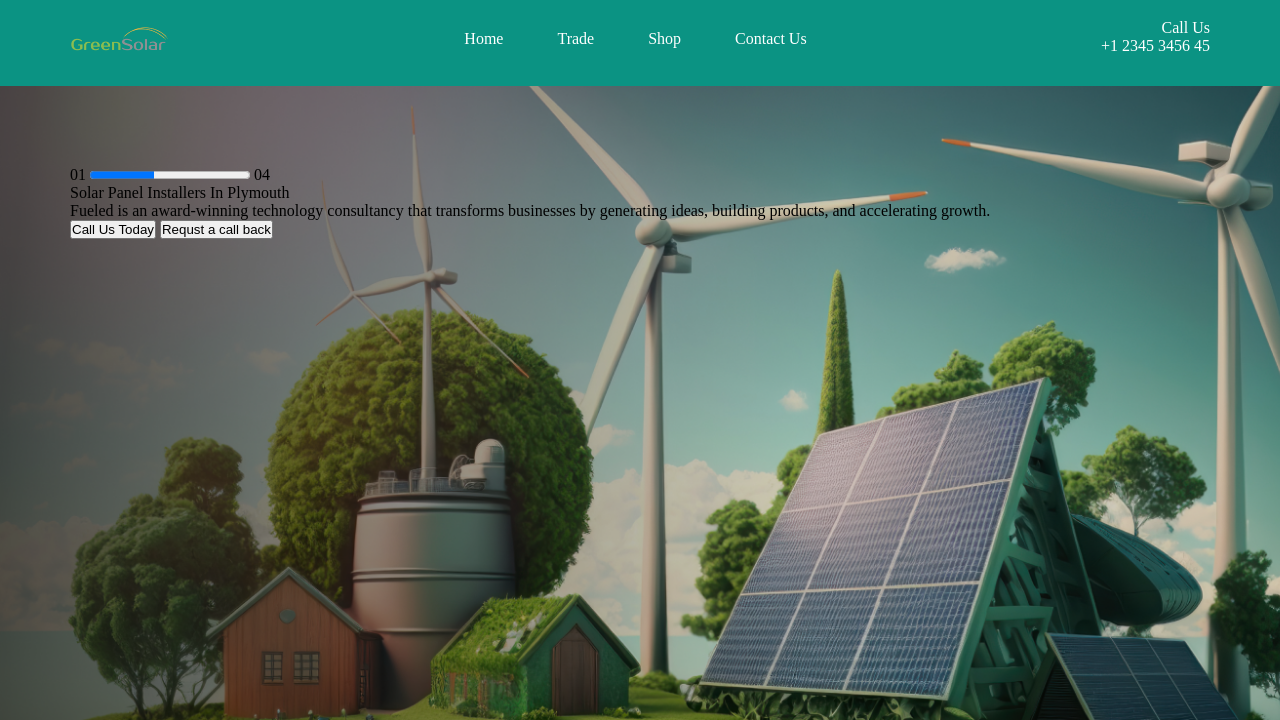
Repository: zeinawady/Solar-Company-Template
Page: index.html
These files come from the project's save history. The page is drawn as it stood at one moment and after a run of saves; the edit follows.
The browser window is 1280 px wide. The pictures show the whole page.

Above is the page before, as saved 2024-09-17 17:00:46.

### index.html
<!DOCTYPE html>
<html lang="en">

<head>
    <meta charset="UTF-8">
    <meta name="viewport" content="width=device-width, initial-scale=1.0">
    <title>Solar Company</title>
    <link rel="stylesheet" href="css/style.css">
    <link rel="stylesheet" href="css/all.min.css">
</head>

<body>
    <!-- start header -->
    <header>
        <div class="container">
            <img src="images/Logo.png" width="100" alt="logo" class="logo">
            <nav>
                <ul class="nav-links">
                    <li><a href="#">Home</a></li>
                    <li><a href="#">Trade</a></li>
                    <li><a href="#">Shop</a></li>
                    <li><a href="#">Contact Us</a></li>
                </ul>
            </nav>
            <div class="nav-info">
                <div>Call Us</div>
                <div>+1 2345 3456 45</div>

            </div>
            <div class="burger">
                <i class="fas fa-bars"></i>
                <ul class="navHover">
                    <li><a href="#">Home</a></li>
                    <li><a href="#">Trade</a></li>
                    <li><a href="#">Shop</a></li>
                    <li><a href="#">Contact Us</a></li>
                </ul>

            </div>
        </div>
    </header>

    <!-- end header -->

    <!-- start landing -->
    <div class="landing">
        <div class="container">
            <div class="progress-container">
                <span>01</span>
                <progress value="40" max="100"></progress>
                <span>04</span>
            </div>
            <div class="main-text">Solar Panel Installers In Plymouth</div>
  <div class="sub-text">
    Fueled is an award-winning technology consultancy that transforms businesses by generating ideas, building products, and accelerating growth.
  </div>

  <div class="btn-container">
  <button class="btn">Call Us Today</button>
  <button class="btn yellow-bt">Requst a call back</button>
</div>
        </div>
    </div>
    <!-- end landing -->

</body>

</html>

### css/style.css
*{
    margin: 0;
    padding: 0;
    box-sizing: border-box;
}
html{
    scroll-behavior: smooth;
}
.container{
    padding-left: 15px;
    padding-right: 15px;
    margin: 0 auto;
    max-width: 1170px; /* Set a maximum width */
    width: 100%;
}
ul{
    list-style: none;
}
a{
    text-decoration: none;
}
:root{
    --main-color: hsla(173, 86%, 31%, 1);
    --secondary-color:hsla(42, 100%, 55%, 1);
    --font-color: hsla(221, 43%, 11%, 1);

}
@media (min-width:768px) {
    .container {
        width: 750px;
    }

}

@media (min-width:992px) {
    .container {
        width: 970px;
    }
}

@media (min-width:1200px) {
    .container {
        width: 1170px;
    }
}

/* start header */
header{
    background-color: var(--main-color);
height: 86px;
}
header .container{
    display: flex;
    justify-content: space-between;
    align-items: center;

}
.nav-links li{
    display: inline-block;
    padding: 30px 25px;

}
.nav-links li a{
    color: hsla(0, 0%, 100%, 1);
    transition: all 0.3s ease 0s;
}
.nav-info{
    color: hsla(0, 0%, 100%, 1);
padding-bottom: 5px;
display: flex;
flex-direction: column;
align-items: flex-end;
}
.burger{
    display: none;
    color: hsla(0, 0%, 100%, 1) ;
    font-size: 30px;
    cursor: pointer;
    position: relative;
}

@media (max-width:768px){
    .burger{
        display: block;
        padding-top: 24px;
        position: relative;
        z-index: 10;
    }
    .navHover , .nav-links {
        display: none;
    }
    .nav-info{
        display: none;
    }
    .burger:hover .navHover{
        display: block;
        position: absolute;
        top: 86px;
        right: 15px;
        background-color:rgb(255, 250, 244);
        z-index: 99;
        border-radius: 15px;
        padding: 20px;
        box-shadow: 0 4px 8px rgba(0, 0, 0, 0.1);
    }
}

/* end header */

/* start landing */

.landing{
    background-image: url(../images/solar-panels-meadow\ 1.png);
    background-size: cover;
    height: calc(100vh - 86px);
}
.landing .container{
    padding-top: 80px;
}
/* end landing */

Loaded but not shown: css/all.min.css (library)

After the next 3 saves:
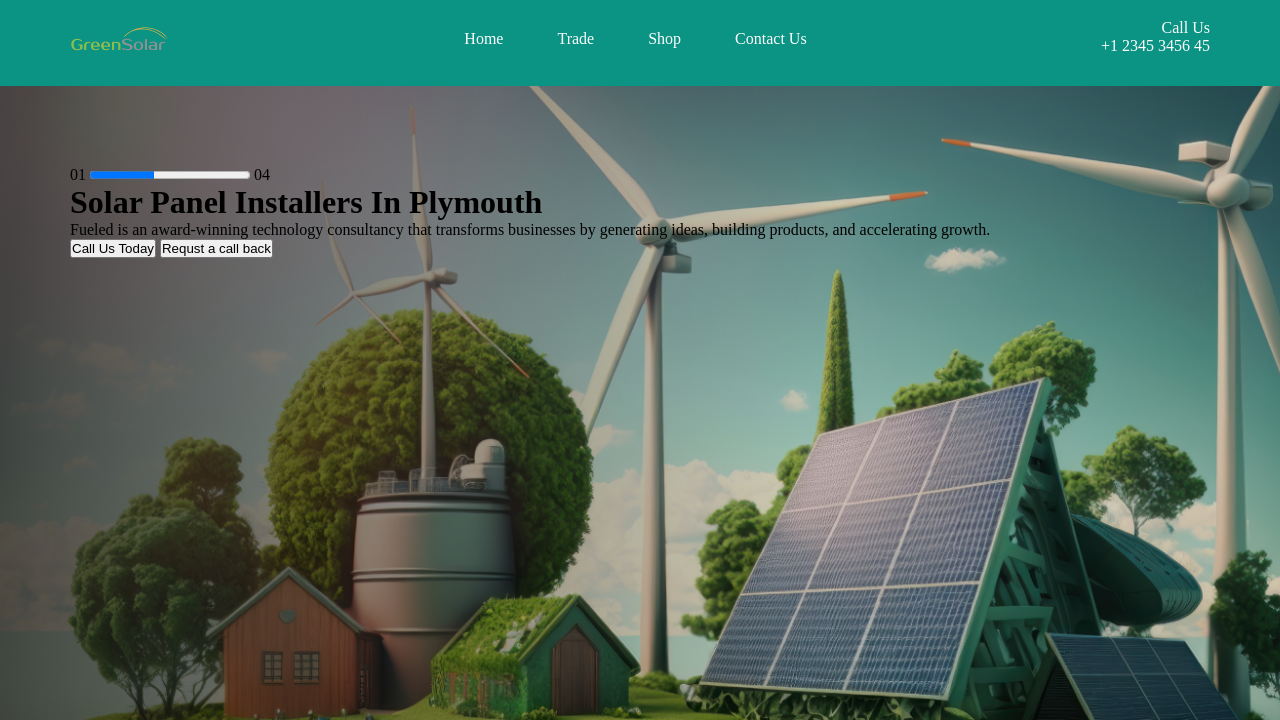
The 3 saves are shown as one change because they came seconds apart.
The last was saved 13 s later.
--- a/index.html
+++ b/index.html
@@ -50,7 +50,7 @@
                 <progress value="40" max="100"></progress>
                 <span>04</span>
             </div>
-            <div class="main-text">Solar Panel Installers In Plymouth</div>
+            <h1 class="main-text">Solar Panel Installers In Plymouth</h1>
   <div class="sub-text">
     Fueled is an award-winning technology consultancy that transforms businesses by generating ideas, building products, and accelerating growth.
   </div>
